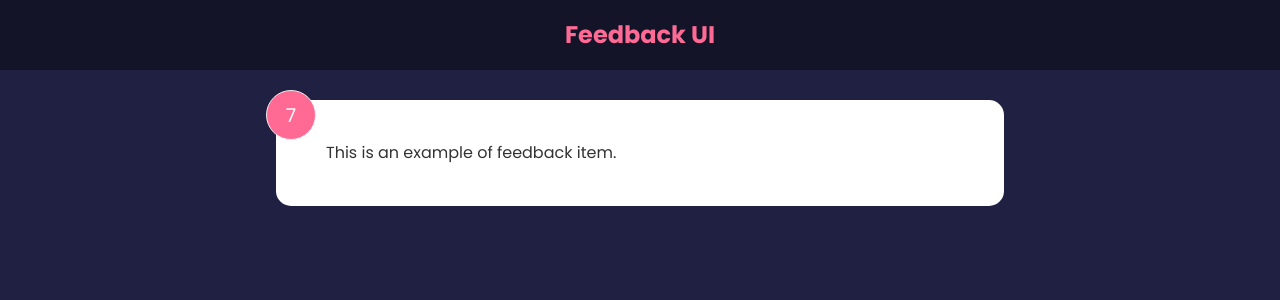
Repository: Lithium87/feedback-app
Page: / (app in client/)
The author's editor kept a copy of each file at every save. The page is drawn from the files as they stood at one save, then again after the next save.
The browser window is 1280 px wide. The pictures show the whole page.
The project was rebuilt for these pictures with package versions that can differ from the ones it lists, and the page was loaded fresh each time.

Above is the page before, as saved 2022-05-25 20:09:57.

After the next save:
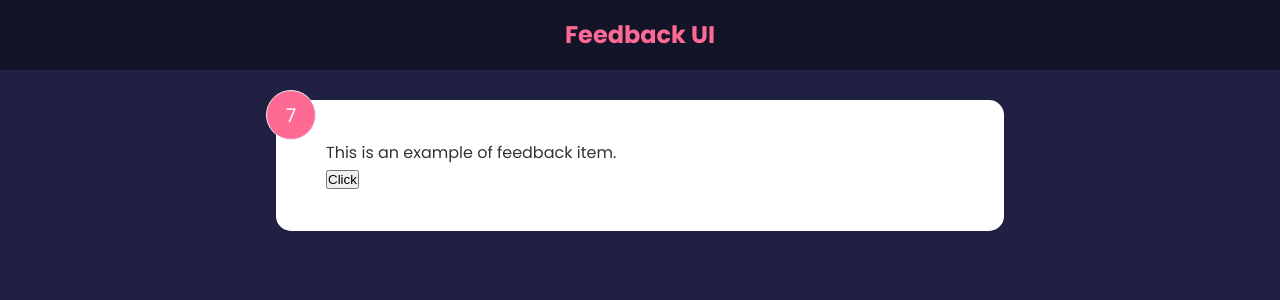
Saved 4 min 11 s later.
--- a/client/src/components/FeedbackItem.js
+++ b/client/src/components/FeedbackItem.js
@@ -2,13 +2,19 @@
 
 const FeedbackItem = () => {
   const [rating, setRating] = useState (7);
+  const [text, setText] = useState ('This is an example of feedback item.');
+
+  const handleClick = () => {
+    setRating (10);
+  };
 
   return (
     <div className="card">
       <div className="num-display">{rating}</div>
       <div className="text-display">
-        This is an example of feedback item.
+        {text}
       </div>
+      <button onClick={handleClick}>Click</button>
     </div>
   );
 };

After the 2 saves that followed:
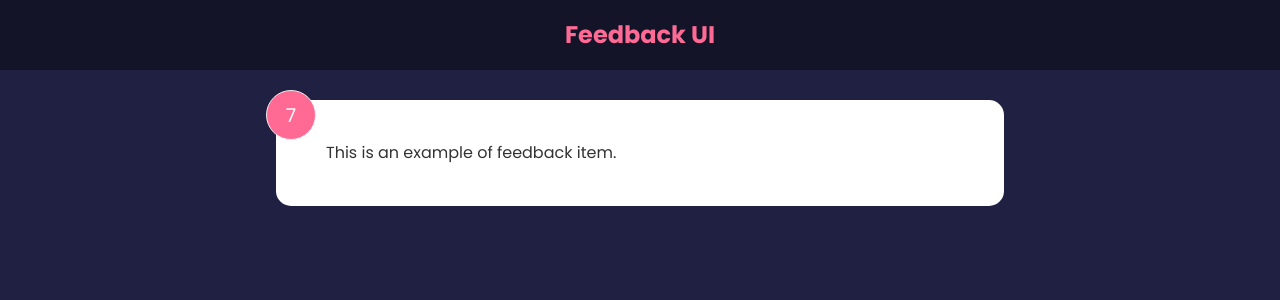
The 2 saves are shown as one change because 1 left the picture as it was.
The last was saved 3 min 37 s later.
--- a/client/src/components/FeedbackItem.js
+++ b/client/src/components/FeedbackItem.js
@@ -3,10 +3,6 @@
 const FeedbackItem = () => {
   const [rating, setRating] = useState (7);
   const [text, setText] = useState ('This is an example of feedback item.');
-
-  const handleClick = () => {
-    setRating (10);
-  };
 
   return (
     <div className="card">
@@ -14,7 +10,6 @@
       <div className="text-display">
         {text}
       </div>
-      <button onClick={handleClick}>Click</button>
     </div>
   );
 };
